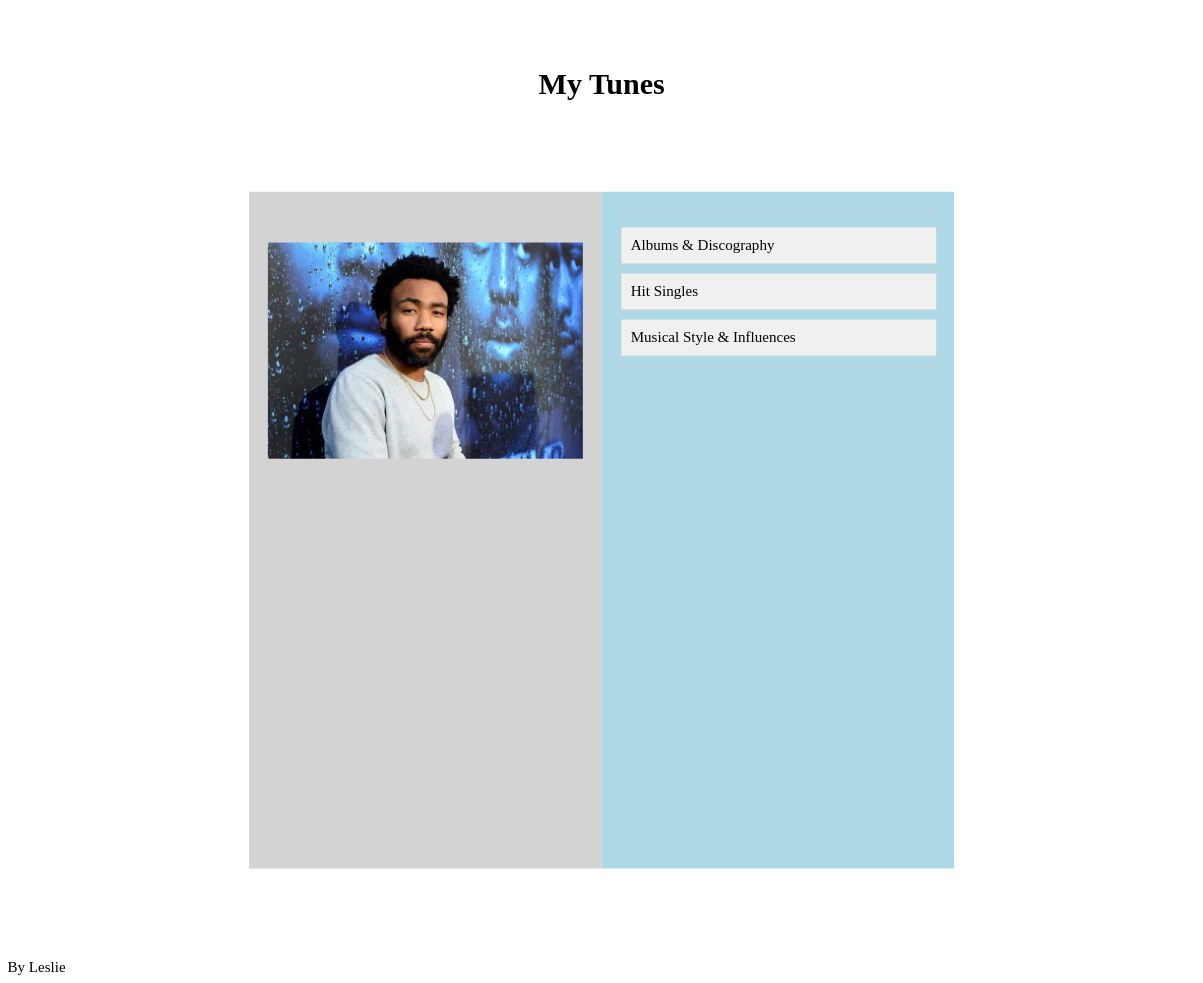
Repository: leslie179/labOne
Page: /
An editor plug-in stored every save of this project. The page is shown before and after the next save, followed by the edit.
The browser window is 1280 px wide. The pictures show the whole page, at 94% of full size.
The project was rebuilt for these pictures with package versions that can differ from the ones it lists, and the page was loaded fresh each time. The framework's server and built-in components were replaced by stand-ins that run in the browser. Also part of the build but not shown: next.config.js, components/Footer/Footer.module.css.

Above is the page before, as saved 2024-09-15 22:08:48.

After the next save:
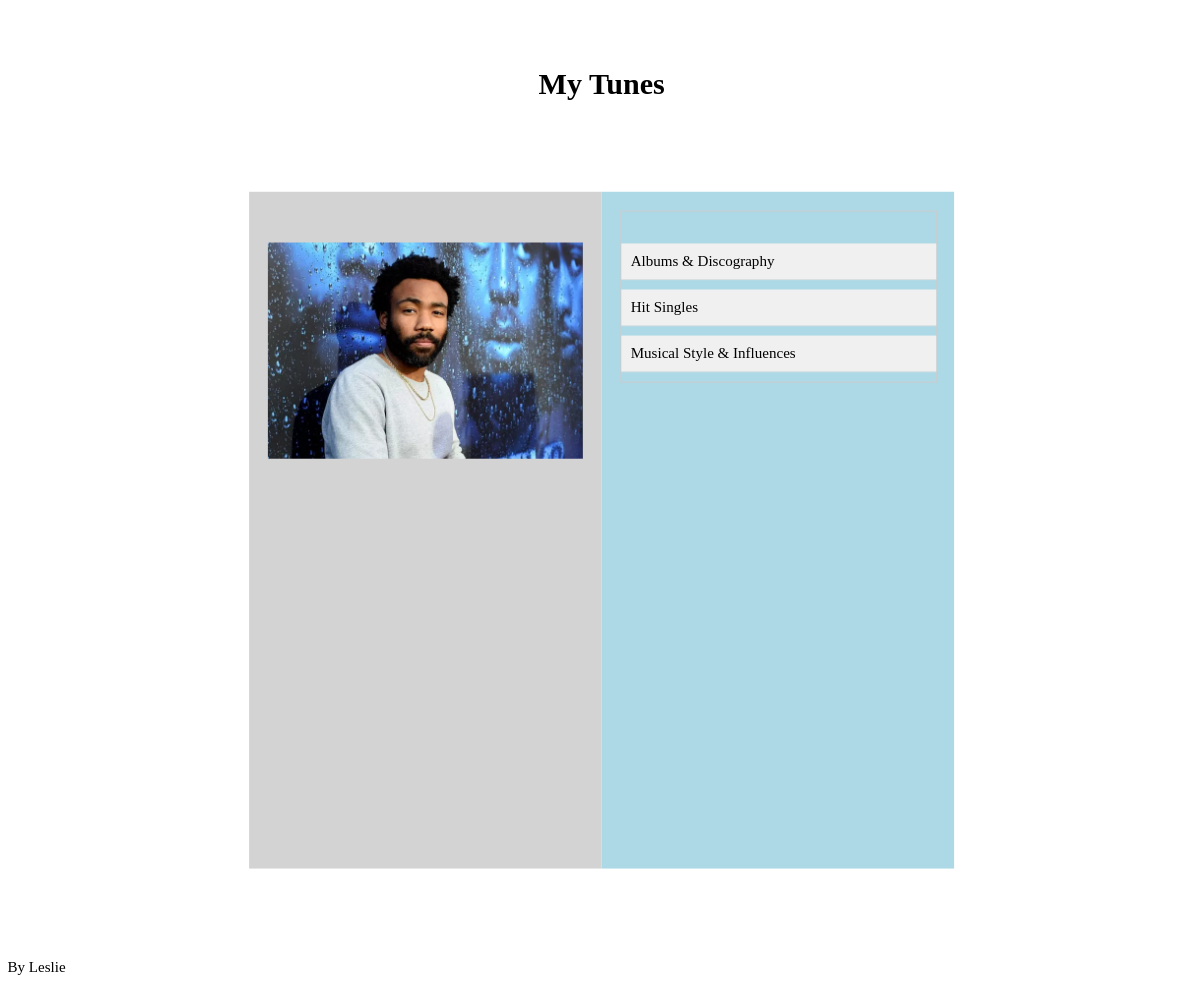
Saved 8 s later.
--- a/components/RightComponent/RightComponent.module.css
+++ b/components/RightComponent/RightComponent.module.css
@@ -10,7 +10,7 @@
 .accordion {
     border: 1px solid #ccc;
     width: 100%;
-    padding-top: 5%;
+    padding-top: 10%;
 }
 
 .item {
